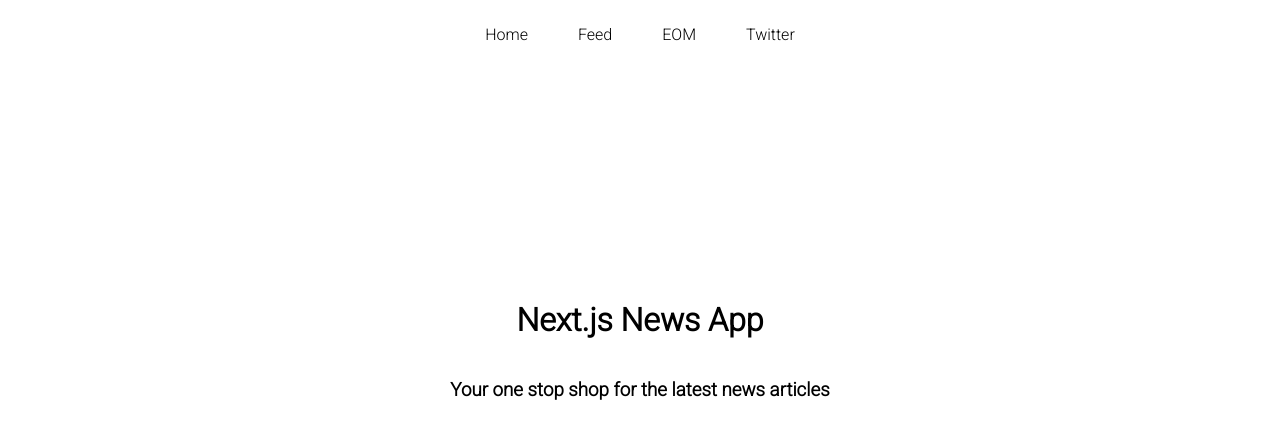
Repository: Krish-Sinha/next-news
Page: /
The author's editor kept a copy of each file at every save. The page is drawn from the files as they stood at one save, then again after the next save.
The browser window is 1280 px wide. The pictures show the whole page.
The project was rebuilt for these pictures with package versions that can differ from the ones it lists, and the page was loaded fresh each time. The framework's server and built-in components were replaced by stand-ins that run in the browser. Also part of the build but not shown: next.config.js.

Above is the page before, as saved 2023-06-14 13:43:21.

After the next save:
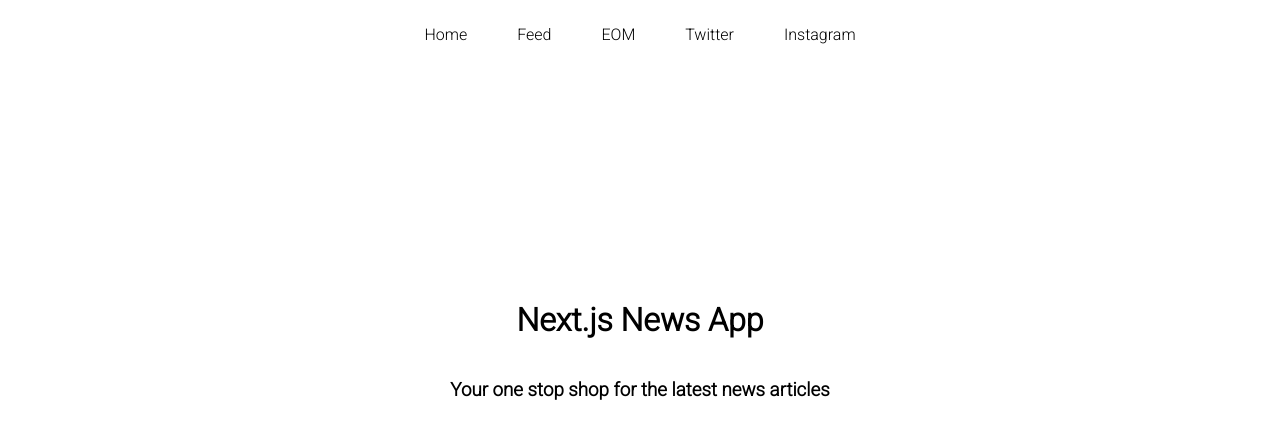
Saved 62 s later.
--- a/components/toolbar.js
+++ b/components/toolbar.js
@@ -15,6 +15,7 @@
 				}>
 				Twitter
 			</div>
+			<div>Instagram</div>
 		</div>
 	)
 }
